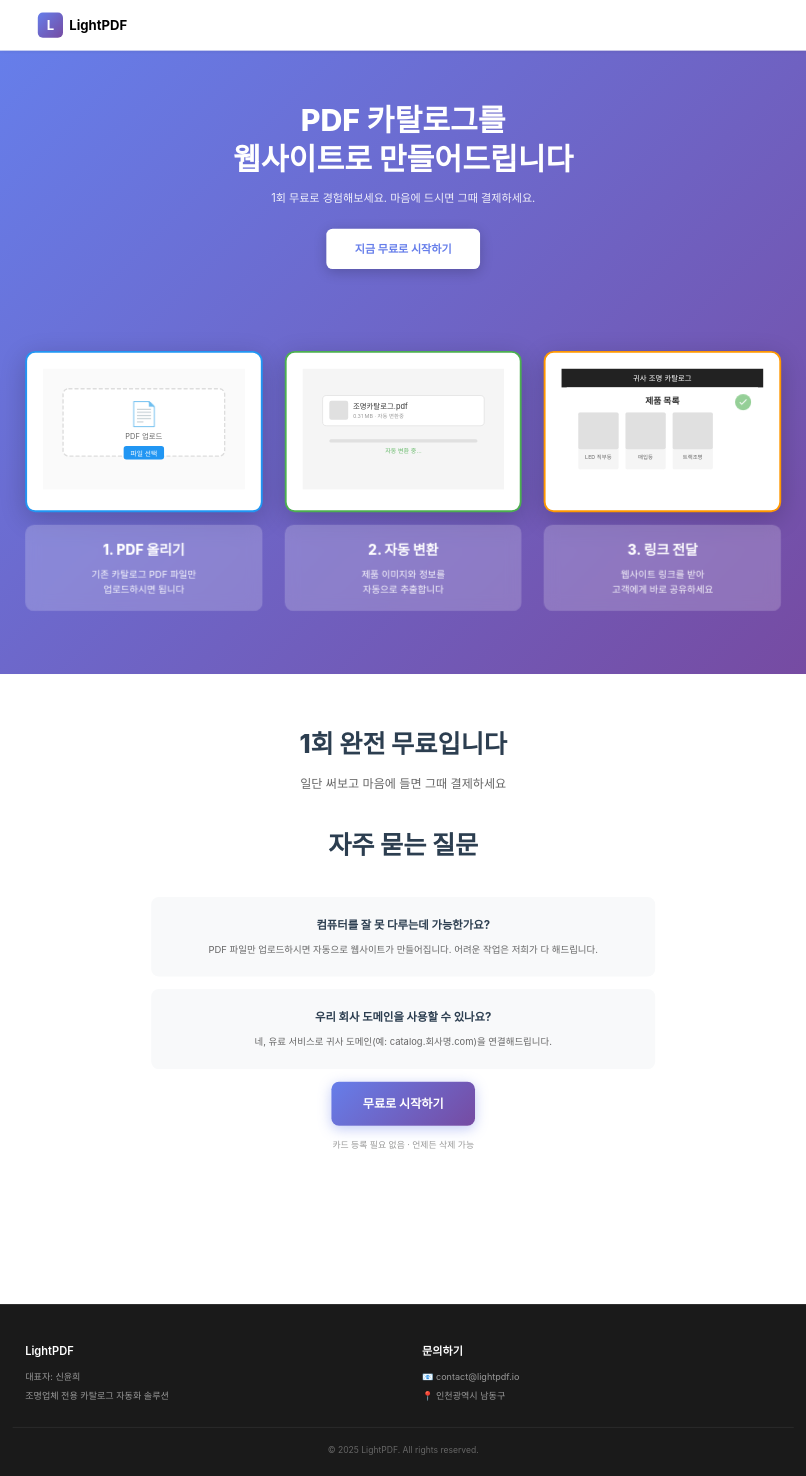
Repository: ororso11/catamaster
Page: frontend/public/index.html
These files come from the project's save history. The page is drawn as it stood at one moment and after the next save; the edit follows.
The browser window is 1280 px wide. The pictures show the whole page, at 63% of full size.

Above is the page before, as saved 2025-10-05 19:51:21.

After the next save:
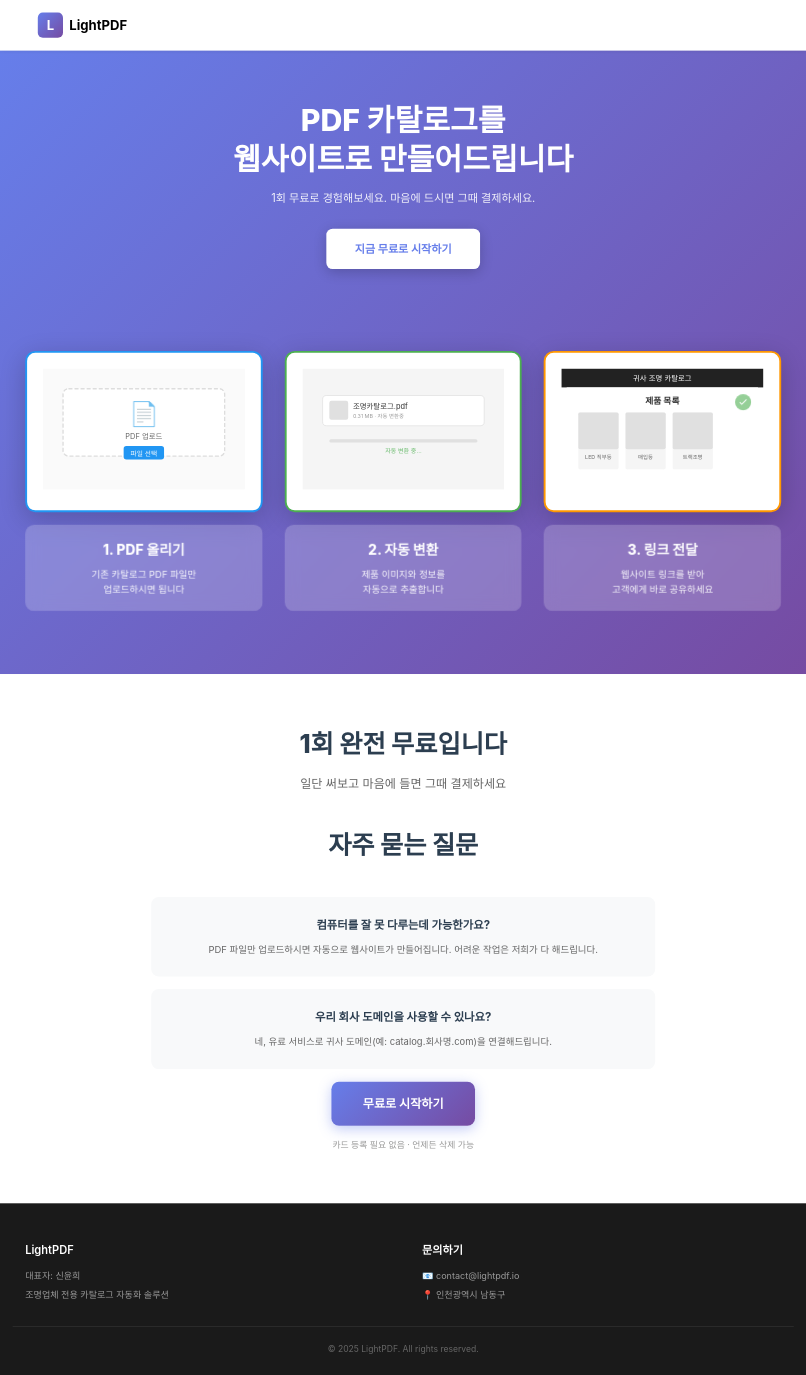
Saved 5 s later.
--- a/frontend/public/index.html
+++ b/frontend/public/index.html
@@ -129,11 +129,6 @@
         </div>
     </section>
 
-    <!-- FAQ -->
-    <section class="faq">
-
-    </section>
-
     <!-- <section class="partners">
         <h2 class="section-title">조명업계가 선택한 이유</h2>
         <p class="section-subtitle">함께 성장하는 파트너사들</p>
